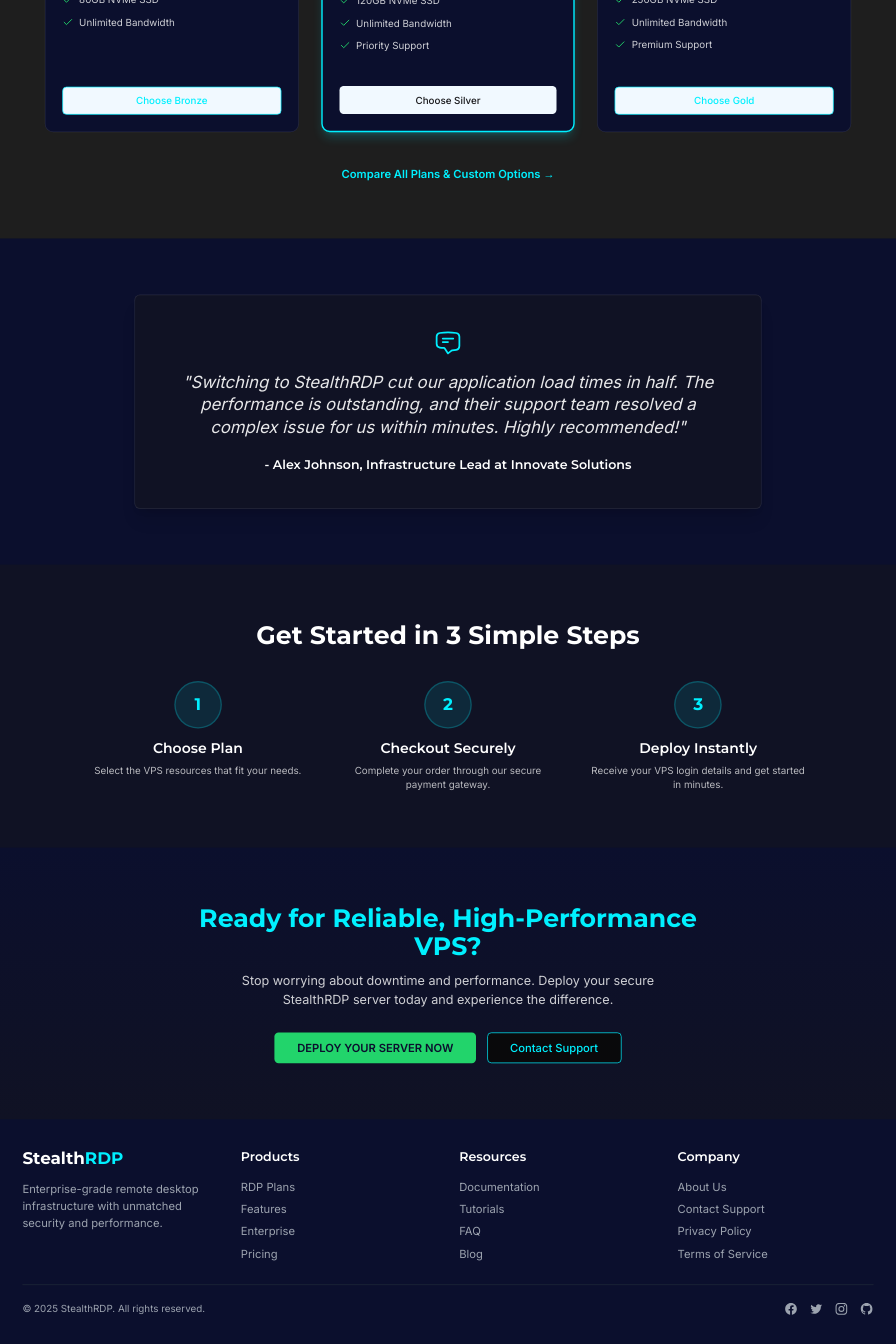
Repository: Husnainn01/stealthrdp2
Page: /
The author's editor kept a copy of each file at every save. The page is drawn from the files as they stood at one save, then again after the next save.
The browser window is 1280 px wide. The pictures show the part of the page from y = 1667 to 3587 px (the page is 3587 px tall before and 3183 px after), at 70% of full size.
The project was rebuilt for these pictures with package versions that can differ from the ones it lists, and the page was loaded fresh each time. Also part of the build but not shown: vite.config.ts, src/components/ui/tooltip.tsx, src/components/ui/accordion.tsx, src/pages/FAQ.tsx, src/components/ui/card.tsx, src/components/ui/tabs.tsx, src/pages/Plans.tsx, src/pages/Features.tsx and 1 more.

Above is the page before, as saved 2025-05-05 23:14:46.

### index.html
<!DOCTYPE html>
<html lang="en">
  <head>
    <meta charset="UTF-8" />
    <meta name="viewport" content="width=device-width, initial-scale=1.0" />
    <title>stealth-digital-revamp</title>
    <meta name="description" content="Lovable Generated Project" />
    <meta name="author" content="Lovable" />

    <meta property="og:title" content="stealth-digital-revamp" />
    <meta property="og:description" content="Lovable Generated Project" />
    <meta property="og:type" content="website" />
    <meta property="og:image" content="https://lovable.dev/opengraph-image-p98pqg.png" />

    <meta name="twitter:card" content="summary_large_image" />
    <meta name="twitter:site" content="@lovable_dev" />
    <meta name="twitter:image" content="https://lovable.dev/opengraph-image-p98pqg.png" />
  </head>

  <body>
    <div id="root"></div>
    <!-- IMPORTANT: DO NOT REMOVE THIS SCRIPT TAG OR THIS VERY COMMENT! -->
    <script src="https://cdn.gpteng.co/gptengineer.js" type="module"></script>
    <script type="module" src="/src/main.tsx"></script>

    <!--Start of Tawk.to Script-->
    <script type="text/javascript">
    var Tawk_API=Tawk_API||{}, Tawk_LoadStart=new Date();
    (function(){
    var s1=document.createElement("script"),s0=document.getElementsByTagName("script")[0];
    s1.async=true;
    s1.src='https://embed.tawk.to/67aadec4825083258e1318e0/1ijpnccj4';
    s1.charset='UTF-8';
    s1.setAttribute('crossorigin','*');
    s0.parentNode.insertBefore(s1,s0);
    })();
    </script>
    <!--End of Tawk.to Script-->
  </body>
</html>

### src/components/ui/toaster.tsx
import { useToast } from "@/hooks/use-toast"
import {
  Toast,
  ToastClose,
  ToastDescription,
  ToastProvider,
  ToastTitle,
  ToastViewport,
} from "@/components/ui/toast"

export function Toaster() {
  const { toasts } = useToast()

  return (
    <ToastProvider>
      {toasts.map(function ({ id, title, description, action, ...props }) {
        return (
          <Toast key={id} {...props}>
            <div className="grid gap-1">
              {title && <ToastTitle>{title}</ToastTitle>}
              {description && (
                <ToastDescription>{description}</ToastDescription>
              )}
            </div>
            {action}
            <ToastClose />
          </Toast>
        )
      })}
      <ToastViewport />
    </ToastProvider>
  )
}

### src/components/ScrollToTop.tsx
import { useEffect } from 'react';
import { useLocation } from 'react-router-dom';

// This component scrolls to the top of the page when the route changes
const ScrollToTop = () => {
  const { pathname } = useLocation();

  useEffect(() => {
    // Scroll to top with smooth behavior
    window.scrollTo({
      top: 0,
      left: 0,
      behavior: 'smooth'
    });
  }, [pathname]);

  return null; // This component doesn't render anything
};

export default ScrollToTop;

### src/pages/Index.tsx
import React from 'react';
import { Link } from 'react-router-dom';
import Layout from '@/components/Layout';
import { Button } from '@/components/ui/button';
import { Check, Zap, ShieldCheck, Clock, Users } from 'lucide-react';

const Index = () => {
  return (
    <Layout>
      {/* 1. Hero Section */}
      <section className="pt-24 pb-16 md:pt-32 md:pb-24 relative overflow-hidden bg-gradient-to-b from-charcoal to-midnight">
        <div className="absolute inset-0 z-0 opacity-30 bg-[radial-gradient(#22D46B1A_1px,transparent_1px)] [background-size:24px_24px]"></div>
        <div className="container relative z-10">
          <div className="max-w-4xl mx-auto text-center">
            <h1 className="text-4xl md:text-5xl lg:text-6xl font-bold font-montserrat mb-6 text-electric fade-in">
              Blazing-Fast & Secure VPS Hosting
            </h1>
            <p className="text-white/80 text-lg md:text-xl mb-8 fade-in" style={{ animationDelay: '0.2s' }}>
              Get instant server deployment, NVMe SSD speed, robust DDoS protection, and expert 24/7 support.
            </p>
            <div className="flex flex-col sm:flex-row justify-center gap-4 mb-6 fade-in" style={{ animationDelay: '0.4s' }}>
              <Button asChild size="lg" className="bg-cyber text-midnight hover:bg-cyber/90 font-bold uppercase text-base px-8 py-3">
                <Link to="/plans">Deploy Your Server Now</Link>
              </Button>
              <Button asChild variant="outline" size="lg" className="border-electric text-electric hover:bg-electric/10 text-base px-8 py-3">
                <Link to="/plans">Compare Plans</Link>
              </Button>
            </div>
            {/* Trust Signals */}
            <div className="flex justify-center items-center gap-4 md:gap-6 text-white/60 text-sm fade-in" style={{ animationDelay: '0.6s' }}>
              <span className="flex items-center gap-1.5"><Check size={16} /> Instant Setup</span>
              <span className="flex items-center gap-1.5"><ShieldCheck size={16} /> 99.9% Uptime</span>
              <span className="flex items-center gap-1.5"><Users size={16} /> 24/7 Support</span>
            </div>
          </div>
        </div>
      </section>

      {/* 2. Trust/Client Logo Bar */}
      <section className="py-8 bg-midnight">
        <div className="container">
          <p className="text-center text-white/50 text-sm font-montserrat uppercase tracking-wider mb-6">Powering Businesses Worldwide</p>
          <div className="grid grid-cols-3 md:grid-cols-6 gap-8 items-center max-w-4xl mx-auto">
            {[1, 2, 3, 4, 5, 6].map((i) => (
              <div key={i} className="flex justify-center">
                <img
                  src={`https://placehold.co/150x40/FFFFFF/CCCCCC?text=Client+${i}&font=montserrat`}
                  alt={`Client Logo ${i}`}
                  className="h-6 md:h-8 w-auto opacity-50 hover:opacity-90 transition-opacity"
                />
              </div>
            ))}
          </div>
        </div>
      </section>

      {/* 3. Key Differentiators/Why Us? */}
      <section className="bg-charcoal py-16 md:py-20">
        <div className="container">
          <h2 className="text-3xl md:text-4xl font-bold font-montserrat text-center mb-12 text-white">
            Why Choose StealthRDP?
          </h2>
          <div className="grid grid-cols-1 md:grid-cols-2 lg:grid-cols-4 gap-8">
            {/* Feature 1: Performance */}
            <div className="text-center p-6 rounded-lg bg-midnight/50 border border-white/10 card-hover">
              <Zap className="h-10 w-10 text-cyber mx-auto mb-4" strokeWidth={1.5} />
              <h3 className="text-xl font-semibold font-montserrat text-white mb-2">Unmatched Performance</h3>
              <p className="text-white/70 text-sm leading-relaxed">
                Experience lightning-fast speeds with our NVMe SSDs and high-performance CPU cores, optimized for demanding workloads.
              </p>
            </div>
            {/* Feature 2: Security */}
            <div className="text-center p-6 rounded-lg bg-midnight/50 border border-white/10 card-hover">
              <ShieldCheck className="h-10 w-10 text-electric mx-auto mb-4" strokeWidth={1.5} />
              <h3 className="text-xl font-semibold font-montserrat text-white mb-2">Rock-Solid Security</h3>
              <p className="text-white/70 text-sm leading-relaxed">
                Benefit from robust DDoS protection, secure network infrastructure, and proactive monitoring to keep your data safe.
              </p>
            </div>
            {/* Feature 3: Deployment */}
            <div className="text-center p-6 rounded-lg bg-midnight/50 border border-white/10 card-hover">
              <Clock className="h-10 w-10 text-cyber mx-auto mb-4" strokeWidth={1.5} />
              <h3 className="text-xl font-semibold font-montserrat text-white mb-2">Instant Deployment</h3>
              <p className="text-white/70 text-sm leading-relaxed">
                Get your VPS server up and running in minutes after checkout. No waiting, just immediate access.
              </p>
            </div>
            {/* Feature 4: Support */}
            <div className="text-center p-6 rounded-lg bg-midnight/50 border border-white/10 card-hover">
              <Users className="h-10 w-10 text-electric mx-auto mb-4" strokeWidth={1.5} />
              <h3 className="text-xl font-semibold font-montserrat text-white mb-2">Expert Support</h3>
              <p className="text-white/70 text-sm leading-relaxed">
                Our knowledgeable support team is available 24/7 via ticket or chat to assist with any issues or questions.
              </p>
            </div>
          </div>
        </div>
      </section>

      {/* 4. Simplified Plans Preview */}
      <section className="py-16 md:py-20 bg-steel">
        <div className="container">
          <div className="text-center mb-12">
            <h2 className="text-3xl md:text-4xl font-bold font-montserrat mb-4 text-white">
              Find Your Perfect VPS Plan
            </h2>
            <p className="text-white/80 max-w-2xl mx-auto">
              Simple, powerful plans designed for performance and reliability. All include DDoS protection & 24/7 support.
            </p>
          </div>

          <div className="grid grid-cols-1 md:grid-cols-3 gap-8 max-w-6xl mx-auto">
            {/* Plan 1: Bronze */}
            <div className="bg-midnight border border-white/10 rounded-xl overflow-hidden card-hover flex flex-col">
              <div className="p-6 flex-grow">
                <h3 className="text-xl font-bold font-montserrat text-white mb-1">Bronze</h3>
                <p className="text-white/70 text-sm mb-4">Great for small projects & testing</p>
                <div className="flex items-baseline mb-4">
                  <span className="text-3xl font-bold text-white">$15</span>
                  <span className="text-white/60 ml-1 text-sm">/month</span>
                </div>
                <ul className="space-y-3 mb-6 text-sm">
                  <li className="flex items-center gap-2"><Check className="h-4 w-4 text-cyber flex-shrink-0" /><span className="text-white/80">2 vCPU Cores</span></li>
                  <li className="flex items-center gap-2"><Check className="h-4 w-4 text-cyber flex-shrink-0" /><span className="text-white/80">4GB RAM</span></li>
                  <li className="flex items-center gap-2"><Check className="h-4 w-4 text-cyber flex-shrink-0" /><span className="text-white/80">80GB NVMe SSD</span></li>
                  <li className="flex items-center gap-2"><Check className="h-4 w-4 text-cyber flex-shrink-0" /><span className="text-white/80">Unlimited Bandwidth</span></li>
                </ul>
              </div>
              <div className="p-6 pt-0">
                 <Button asChild className="w-full border border-electric text-electric hover:bg-electric/10 transition-colors">
                   <Link to="/plans?plan=bronze">Choose Bronze</Link>
                 </Button>
              </div>
            </div>

            {/* Plan 2: Silver (Popular) */}
            <div className="bg-midnight border-2 border-electric rounded-xl overflow-hidden relative card-hover shadow-lg shadow-electric/20 flex flex-col">
              <div className="absolute top-0 right-0 bg-electric text-midnight px-3 py-1 text-xs font-bold font-montserrat rounded-bl-lg z-10">
                POPULAR
              </div>
              <div className="p-6 flex-grow">
                <h3 className="text-xl font-bold font-montserrat text-white mb-1">Silver</h3>
                <p className="text-white/70 text-sm mb-4">Perfect balance for growing sites</p>
                <div className="flex items-baseline mb-4">
                  <span className="text-3xl font-bold text-white">$30</span>
                  <span className="text-white/60 ml-1 text-sm">/month</span>
                </div>
                <ul className="space-y-3 mb-6 text-sm">
                  <li className="flex items-center gap-2"><Check className="h-4 w-4 text-cyber flex-shrink-0" /><span className="text-white/80">4 vCPU Cores</span></li>
                  <li className="flex items-center gap-2"><Check className="h-4 w-4 text-cyber flex-shrink-0" /><span className="text-white/80">8GB RAM</span></li>
                  <li className="flex items-center gap-2"><Check className="h-4 w-4 text-cyber flex-shrink-0" /><span className="text-white/80">120GB NVMe SSD</span></li>
                  <li className="flex items-center gap-2"><Check className="h-4 w-4 text-cyber flex-shrink-0" /><span className="text-white/80">Unlimited Bandwidth</span></li>
                  <li className="flex items-center gap-2"><Check className="h-4 w-4 text-cyber flex-shrink-0" /><span className="text-white/80">Priority Support</span></li>
                </ul>
              </div>
              <div className="p-6 pt-0">
                 <Button asChild className="w-full btn-electric">
                   <Link to="/plans?plan=silver">Choose Silver</Link>
                 </Button>
              </div>
            </div>

            {/* Plan 3: Gold */}
            <div className="bg-midnight border border-white/10 rounded-xl overflow-hidden card-hover flex flex-col">
              <div className="p-6 flex-grow">
                <h3 className="text-xl font-bold font-montserrat text-white mb-1">Gold</h3>
                <p className="text-white/70 text-sm mb-4">Powerhouse for demanding apps</p>
                <div className="flex items-baseline mb-4">
                  <span className="text-3xl font-bold text-white">$50</span>
                  <span className="text-white/60 ml-1 text-sm">/month</span>
                </div>
                <ul className="space-y-3 mb-6 text-sm">
                  <li className="flex items-center gap-2"><Check className="h-4 w-4 text-cyber flex-shrink-0" /><span className="text-white/80">8 vCPU Cores</span></li>
                  <li className="flex items-center gap-2"><Check className="h-4 w-4 text-cyber flex-shrink-0" /><span className="text-white/80">16GB RAM</span></li>
                  <li className="flex items-center gap-2"><Check className="h-4 w-4 text-cyber flex-shrink-0" /><span className="text-white/80">250GB NVMe SSD</span></li>
                  <li className="flex items-center gap-2"><Check className="h-4 w-4 text-cyber flex-shrink-0" /><span className="text-white/80">Unlimited Bandwidth</span></li>
                  <li className="flex items-center gap-2"><Check className="h-4 w-4 text-cyber flex-shrink-0" /><span className="text-white/80">Premium Support</span></li>
                </ul>
              </div>
              <div className="p-6 pt-0">
                 <Button asChild className="w-full border border-electric text-electric hover:bg-electric/10 transition-colors">
                   <Link to="/plans?plan=gold">Choose Gold</Link>
                 </Button>
              </div>
            </div>
          </div>

          <div className="text-center mt-12">
            <Link to="/plans" className="text-electric hover:underline font-semibold">
              Compare All Plans & Custom Options →
            </Link>
          </div>
        </div>
      </section>

      {/* 5. Social Proof (Testimonial) */}
      <section className="py-16 md:py-20 bg-midnight">
         <div className="container">
           <div className="bg-charcoal rounded-lg p-8 md:p-12 max-w-4xl mx-auto text-center shadow-xl border border-white/10">
             <svg xmlns="http://www.w3.org/2000/svg" className="h-10 w-10 text-electric mx-auto mb-5" fill="none" viewBox="0 0 24 24" stroke="currentColor" strokeWidth={1.5}>
               <path strokeLinecap="round" strokeLinejoin="round" d="M7.5 8.25h9m-9 3H12m-9.75 1.51c0 1.6 1.123 2.994 2.707 3.227 1.129.166 2.27.293 3.423.379.35.026.67.21.865.501L12 21l2.755-2.13a1.14 1.14 0 01.865-.501 48.172 48.172 0 003.423-.379c1.584-.233 2.707-1.626 2.707-3.228V6.741c0-1.602-1.123-2.995-2.707-3.228A48.394 48.394 0 0012 3c-2.392 0-4.744.175-7.043.513C3.373 3.746 2.25 5.14 2.25 6.741v6.018z" />
             </svg>
             <p className="text-xl md:text-2xl text-white/90 italic leading-relaxed mb-6">
               "Switching to StealthRDP cut our application load times in half. The performance is outstanding, and their support team resolved a complex issue for us within minutes. Highly recommended!"
             </p>
             <p className="font-semibold text-white font-montserrat text-lg">
               - Alex Johnson, Infrastructure Lead at Innovate Solutions
             </p>
           </div>
         </div>
       </section>

      {/* 6. Simplified How It Works */}
      <section className="py-16 md:py-20 bg-charcoal">
        <div className="container">
          <h2 className="text-3xl md:text-4xl font-bold font-montserrat text-center mb-12 text-white">
            Get Started in 3 Simple Steps
          </h2>
          <div className="grid grid-cols-1 md:grid-cols-3 gap-8 md:gap-12 max-w-5xl mx-auto">
            {/* Step 1 */}
            <div className="text-center">
              <div className="w-16 h-16 rounded-full bg-electric/10 flex items-center justify-center mb-4 text-electric font-montserrat font-bold text-2xl mx-auto ring-2 ring-electric/30">1</div>
              <h3 className="text-xl font-semibold font-montserrat text-white mb-2">Choose Plan</h3>
              <p className="text-white/70 text-sm">Select the VPS resources that fit your needs.</p>
            </div>
            {/* Step 2 */}
            <div className="text-center">
              <div className="w-16 h-16 rounded-full bg-electric/10 flex items-center justify-center mb-4 text-electric font-montserrat font-bold text-2xl mx-auto ring-2 ring-electric/30">2</div>
              <h3 className="text-xl font-semibold font-montserrat text-white mb-2">Checkout Securely</h3>
              <p className="text-white/70 text-sm">Complete your order through our secure payment gateway.</p>
            </div>
            {/* Step 3 */}
            <div className="text-center">
              <div className="w-16 h-16 rounded-full bg-electric/10 flex items-center justify-center mb-4 text-electric font-montserrat font-bold text-2xl mx-auto ring-2 ring-electric/30">3</div>
              <h3 className="text-xl font-semibold font-montserrat text-white mb-2">Deploy Instantly</h3>
              <p className="text-white/70 text-sm">Receive your VPS login details and get started in minutes.</p>
            </div>
          </div>
        </div>
      </section>

      {/* 7. Final Call to Action */}
      <section className="py-16 md:py-20 bg-gradient-to-t from-charcoal to-midnight">
        <div className="container">
          <div className="max-w-3xl mx-auto text-center">
            <h2 className="text-3xl md:text-4xl font-bold font-montserrat mb-4 text-electric">
              Ready for Reliable, High-Performance VPS?
            </h2>
            <p className="text-white/80 text-lg mb-8 max-w-2xl mx-auto">
              Stop worrying about downtime and performance. Deploy your secure StealthRDP server today and experience the difference.
            </p>
            <div className="flex flex-col sm:flex-row justify-center gap-4">
              <Button asChild size="lg" className="bg-cyber text-midnight hover:bg-cyber/90 font-bold uppercase text-base px-8 py-3">
                <Link to="/plans">Deploy Your Server Now</Link>
              </Button>
              <Button asChild variant="outline" size="lg" className="border-electric text-electric hover:bg-electric/10 text-base px-8 py-3">
                 <a href="https://stealthrdp.com/dash/submitticket.php" target="_blank" rel="noopener noreferrer">Contact Support</a>
              </Button>
            </div>
          </div>
        </div>
      </section>
    </Layout>
  );
};

export default Index;

### src/components/Layout.tsx

import React from 'react';
import Navbar from './Navbar';
import Footer from './Footer';

interface LayoutProps {
  children: React.ReactNode;
}

const Layout: React.FC<LayoutProps> = ({ children }) => {
  return (
    <div className="flex flex-col min-h-screen">
      <Navbar />
      <main className="flex-grow">{children}</main>
      <Footer />
    </div>
  );
};

export default Layout;

### src/components/ui/button.tsx
import * as React from "react"
import { Slot } from "@radix-ui/react-slot"
import { cn } from "@/lib/utils"
import { buttonVariants, type ButtonProps } from "@/lib/ui-utils/button-variants"

const Button = React.forwardRef<HTMLButtonElement, ButtonProps>(
  ({ className, variant, size, asChild = false, ...props }, ref) => {
    const Comp = asChild ? Slot : "button"
    return (
      <Comp
        className={cn(buttonVariants({ variant, size, className }))}
        ref={ref}
        {...props}
      />
    )
  }
)
Button.displayName = "Button"

export { Button }

Loaded but not shown: src/main.tsx (common file); src/hooks/use-toast.ts (common file); src/lib/utils.ts (common file); src/components/Footer.tsx (83 lines, source omitted); src/components/ui/toast.tsx (127 lines, source omitted); src/components/Navbar.tsx (133 lines, source omitted); tailwind.config.ts (110 lines, source omitted); src/index.css (70 lines, source omitted); src/lib/ui-utils/button-variants.ts (36 lines, source omitted); src/App.tsx (35 lines, source omitted); src/components/ui/sonner.tsx (29 lines, source omitted)

After the next save:
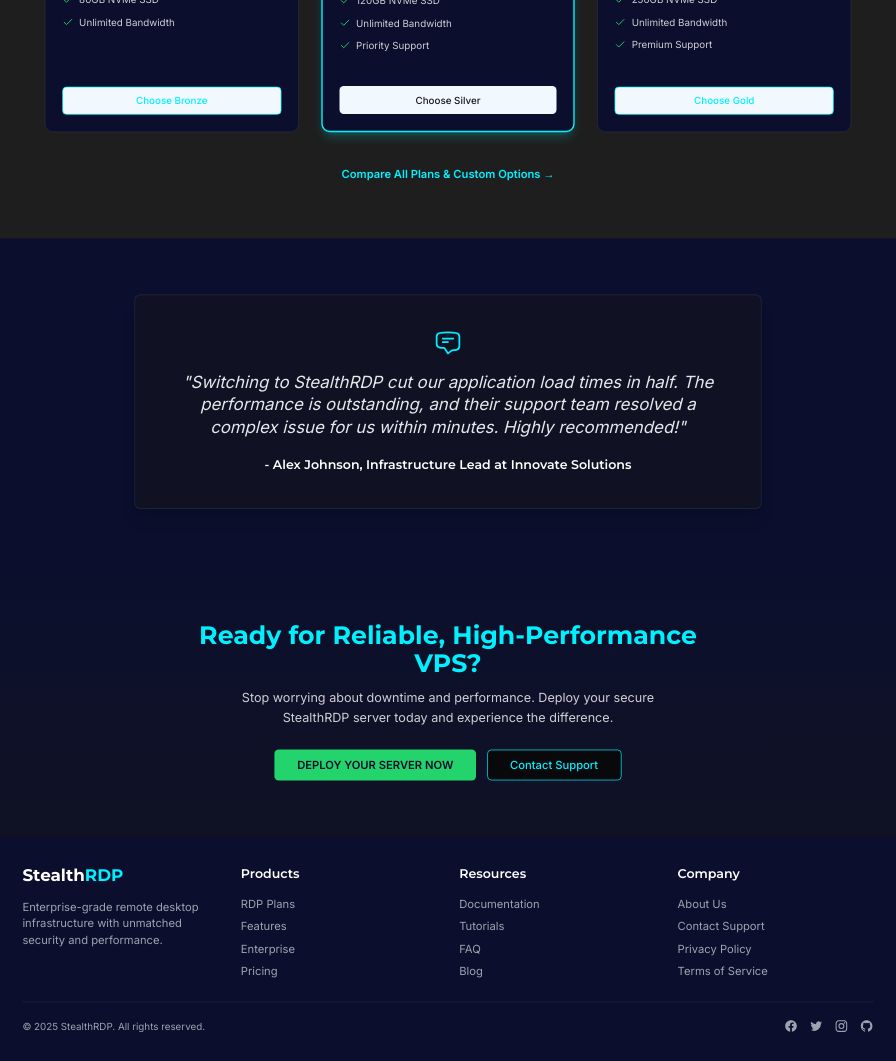
Saved 3 min 22 s later.
--- a/src/pages/Index.tsx
+++ b/src/pages/Index.tsx
@@ -210,35 +210,6 @@
          </div>
        </section>
 
-      {/* 6. Simplified How It Works */}
-      <section className="py-16 md:py-20 bg-charcoal">
-        <div className="container">
-          <h2 className="text-3xl md:text-4xl font-bold font-montserrat text-center mb-12 text-white">
-            Get Started in 3 Simple Steps
-          </h2>
-          <div className="grid grid-cols-1 md:grid-cols-3 gap-8 md:gap-12 max-w-5xl mx-auto">
-            {/* Step 1 */}
-            <div className="text-center">
-              <div className="w-16 h-16 rounded-full bg-electric/10 flex items-center justify-center mb-4 text-electric font-montserrat font-bold text-2xl mx-auto ring-2 ring-electric/30">1</div>
-              <h3 className="text-xl font-semibold font-montserrat text-white mb-2">Choose Plan</h3>
-              <p className="text-white/70 text-sm">Select the VPS resources that fit your needs.</p>
-            </div>
-            {/* Step 2 */}
-            <div className="text-center">
-              <div className="w-16 h-16 rounded-full bg-electric/10 flex items-center justify-center mb-4 text-electric font-montserrat font-bold text-2xl mx-auto ring-2 ring-electric/30">2</div>
-              <h3 className="text-xl font-semibold font-montserrat text-white mb-2">Checkout Securely</h3>
-              <p className="text-white/70 text-sm">Complete your order through our secure payment gateway.</p>
-            </div>
-            {/* Step 3 */}
-            <div className="text-center">
-              <div className="w-16 h-16 rounded-full bg-electric/10 flex items-center justify-center mb-4 text-electric font-montserrat font-bold text-2xl mx-auto ring-2 ring-electric/30">3</div>
-              <h3 className="text-xl font-semibold font-montserrat text-white mb-2">Deploy Instantly</h3>
-              <p className="text-white/70 text-sm">Receive your VPS login details and get started in minutes.</p>
-            </div>
-          </div>
-        </div>
-      </section>
-
       {/* 7. Final Call to Action */}
       <section className="py-16 md:py-20 bg-gradient-to-t from-charcoal to-midnight">
         <div className="container">
